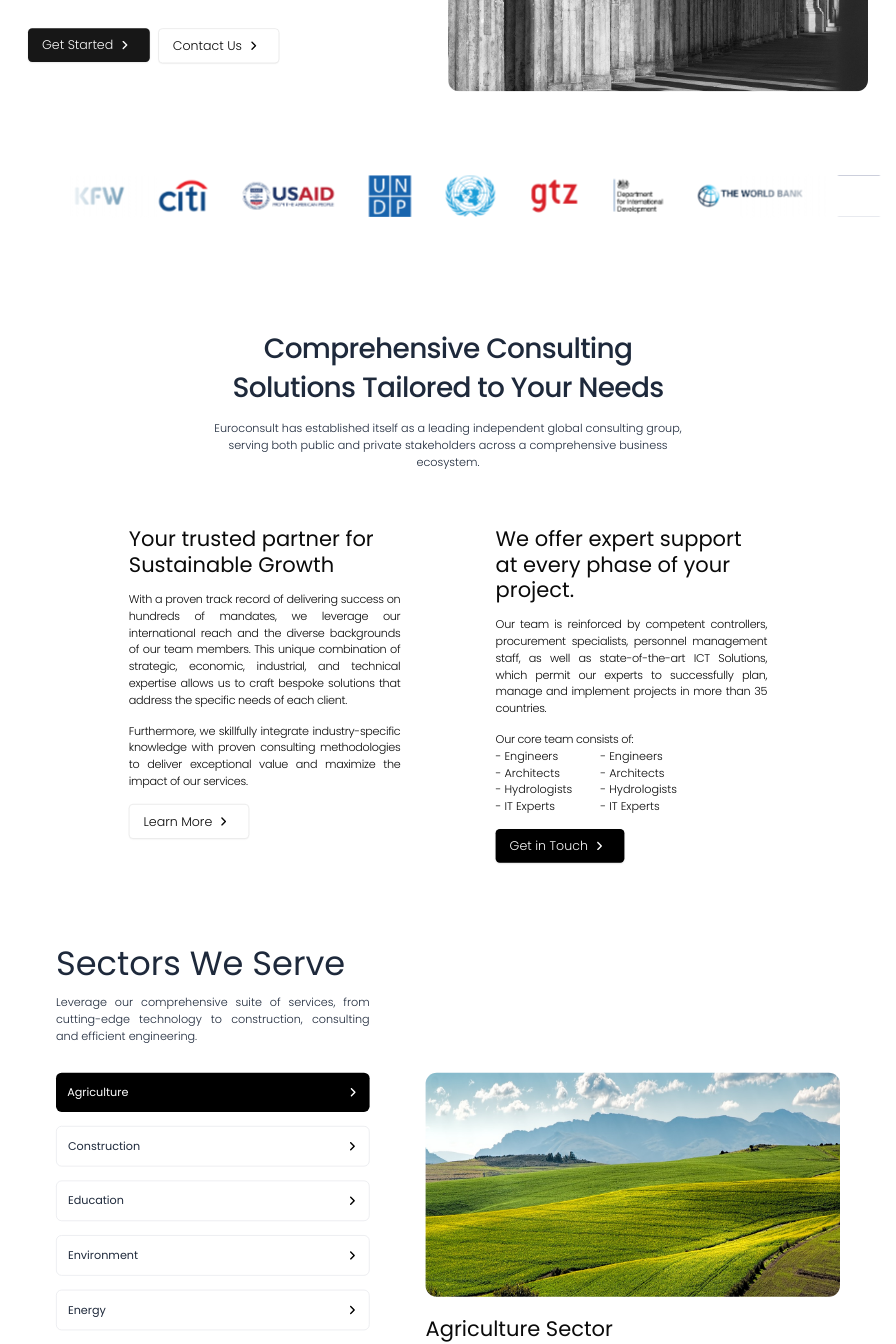
Repository: EMDC-24/ecglobalwebsite19
Page: /
These files come from the project's save history. The page is drawn as it stood at one moment and after the next save; the edit follows.
The browser window is 1280 px wide. The pictures show the part of the page from y = 479 to 2399 px (the page is 4695 px tall before and 4839 px after), at 70% of full size.
The project was rebuilt for these pictures with package versions that can differ from the ones it lists, and the page was loaded fresh each time. The framework's server and built-in components were replaced by stand-ins that run in the browser. Also part of the build but not shown: next.config.mjs.

Above is the page before, as saved 2024-09-18 12:41:40.

### app/page.tsx
import Image from "next/image";
import Hero from "./Hero";
import ClientCarousel from "./ClientCarousel";
import { ServicesTabs } from "./ServicesTabs";
import SerTabs from "./SerTabs";
import AboutSection from "./AboutSection";
import RecentProjects from "./RecentProjects";
import PraiseSection from "./PraiseSection";
import Footer from "./Footer";
import Header from "./Header";


export default function Home() {
  return (
    <>
    <Header />
    <Hero />
    <ClientCarousel />
    <AboutSection />
    <SerTabs />
    <RecentProjects />
    <PraiseSection />
    <Footer />
    </>
  );
}

### app/globals.css
@tailwind base;
@tailwind components;
@tailwind utilities;

@layer base {
  :root {
    --background: 0 0% 100%;
    --foreground: 0 0% 3.9%;
    --card: 0 0% 100%;
    --card-foreground: 0 0% 3.9%;
    --popover: 0 0% 100%;
    --popover-foreground: 0 0% 3.9%;
    --primary: 0 0% 9%;
    --primary-foreground: 0 0% 98%;
    --secondary: 0 0% 96.1%;
    --secondary-foreground: 0 0% 9%;
    --muted: 0 0% 96.1%;
    --muted-foreground: 0 0% 45.1%;
    --accent: 0 0% 96.1%;
    --accent-foreground: 0 0% 9%;
    --destructive: 0 84.2% 60.2%;
    --destructive-foreground: 0 0% 98%;
    --border: 0 0% 89.8%;
    --input: 0 0% 89.8%;
    --ring: 0 0% 3.9%;
    --chart-1: 12 76% 61%;
    --chart-2: 173 58% 39%;
    --chart-3: 197 37% 24%;
    --chart-4: 43 74% 66%;
    --chart-5: 27 87% 67%;
    --radius: 0.5rem;
  }
  .dark {
    --background: 0 0% 3.9%;
    --foreground: 0 0% 98%;
    --card: 0 0% 3.9%;
    --card-foreground: 0 0% 98%;
    --popover: 0 0% 3.9%;
    --popover-foreground: 0 0% 98%;
    --primary: 0 0% 98%;
    --primary-foreground: 0 0% 9%;
    --secondary: 0 0% 14.9%;
    --secondary-foreground: 0 0% 98%;
    --muted: 0 0% 14.9%;
    --muted-foreground: 0 0% 63.9%;
    --accent: 0 0% 14.9%;
    --accent-foreground: 0 0% 98%;
    --destructive: 0 62.8% 30.6%;
    --destructive-foreground: 0 0% 98%;
    --border: 0 0% 14.9%;
    --input: 0 0% 14.9%;
    --ring: 0 0% 83.1%;
    --chart-1: 220 70% 50%;
    --chart-2: 160 60% 45%;
    --chart-3: 30 80% 55%;
    --chart-4: 280 65% 60%;
    --chart-5: 340 75% 55%;
  }
}

@font-face {
  font-family: 'Poppins';
  src: url('/fonts/Poppins-Black.ttf') format('truetype');
  font-weight: 900;
  font-style: normal;
}

@font-face {
  font-family: 'Poppins';
  src: url('/fonts/Poppins-BlackItalic.ttf') format('truetype');
  font-weight: 900;
  font-style: italic;
}

@font-face {
  font-family: 'Poppins';
  src: url('/fonts/Poppins-Bold.ttf') format('truetype');
  font-weight: 700;
  font-style: normal;
}

@font-face {
  font-family: 'Poppins';
  src: url('/fonts/Poppins-BoldItalic.ttf') format('truetype');
  font-weight: 700;
  font-style: italic;
}

@font-face {
  font-family: 'Poppins';
  src: url('/fonts/Poppins-Regular.ttf') format('truetype');
  font-weight: 400;
  font-style: normal;
}

@font-face {
  font-family: 'Poppins';
  src: url('/fonts/Poppins-Italic.ttf') format('truetype');
  font-weight: 400;
  font-style: italic;
}

@font-face {
  font-family: 'Poppins';
  src: url('/fonts/Poppins-Light.ttf') format('truetype');
  font-weight: 300;
  font-style: normal;
}

@font-face {
  font-family: 'Poppins';
  src: url('/fonts/Poppins-LightItalic.ttf') format('truetype');
  font-weight: 300;
  font-style: italic;
}

@font-face {
  font-family: 'Poppins';
  src: url('/fonts/Poppins-Medium.ttf') format('truetype');
  font-weight: 500;
  font-style: normal;
}

@font-face {
  font-family: 'Poppins';
  src: url('/fonts/Poppins-MediumItalic.ttf') format('truetype');
  font-weight: 500;
  font-style: italic;
}

@layer base {
  * {
    @apply border-border;
  }

  body {
    @apply bg-background text-foreground;
    font-family: 'Poppins', sans-serif !important;
  }
}
.no-visible-scrollbar {
  scrollbar-width: none;
  -ms-overflow-style: none;
  -webkit-overflow-scrolling: touch;
}

.no-visible-scrollbar::-webkit-scrollbar {
  display: none;
}

### app/Hero.tsx
import { Button } from '@/components/ui/button'
import React from 'react'
import { FaAngleRight } from "react-icons/fa6";

const Hero = () => {
  return (
    <div>
        <div className="bg-white px-10 flex flex-row my-10">
        <div className="md:w-1/2 flex flex-col items-start justify-normal py-10">
        <div className="bg-gray-100 border-[1px] border-gray-200 rounded-full px-2 py-1 text-sm text-gray-800">International Consultants</div>
        <h1 className="text-5xl text-gray-800 mt-3 font-light ">Empowering Excellence through Engineering & Consulting</h1>
        <p className="text-lg text-gray-700 mt-10 leading-snug tracking-tight text-justify mr-10 font-light">Euroconsult Pakistan is a global, state-of-the-art service provider organization actively engaged in water resources and energy, agriculture, infrastructure, environment, oil and gas, mass transit, light rail, motorways, highways, institutional capacity building, financial management, rural and urban development, and management. </p>
        <div className="mt-10 flex flex-row gap-3">
        <a href="#" >
        <Button className="px-5 py-6 text-lg font-light  hover:bg-blue-600">Get Started  <FaAngleRight className="mr-2 ml-2 h-4 w-4" /></Button>
        </a>
        <a href="#" >
        <Button variant="outline" className="px-5 py-6 text-lg font-light  hover:bg-gray-200">Contact Us<FaAngleRight className="mr-2 ml-2 h-4 w-4" /></Button>
        </a>
        </div>
        </div>
        <div className="md:w-1/2 flex flex-col gap-3">
        <div className="w-full h-[60%] rounded-2xl bg-cover bg-center" style={{ backgroundImage: `url('/assets/heroimage.jpg')` }}> </div>
        <div className="w-full h-[40%] rounded-2xl bg-cover bg-center" style={{ backgroundImage: `url('/assets/hero2.jpg')` }}> </div>
        </div>
        </div>
    </div>
  )
}

export default Hero

### app/ClientCarousel.tsx
import React from 'react';
import Marquee from 'react-fast-marquee';
import Image from 'next/image';

const ClientCarousel = () => {
  const logoSize = { height: 40 };
  const logoStyle = { margin: '0 25px' };

  const logos = [
    <Image src="/assets/adblogo.png" alt="" width={60} key="br" {...logoSize} />,
    <Image src="/assets/uniceflogo.png" alt="" width={130} key="br" {...logoSize} />,
    <Image src="/assets/ciscologo.png" alt="" width={70} key="br" {...logoSize} />,
    <Image src="/assets/kfwlogo.png" alt="" width={70} key="br" {...logoSize} />,
    <Image src="/assets/citilogo.png" alt="" width={70} key="br" {...logoSize} />,
    <Image src="/assets/usaidlogo.png" alt="" width={130} key="br" {...logoSize} />,
    <Image src="/assets/undplogo.png" alt="" width={60} key="br" {...logoSize} />,
    <Image src="/assets/unlogo.png" alt="" width={70} key="br" {...logoSize} />,
    <Image src="/assets/gtzlogo.png" alt="" width={70} key="br" {...logoSize} />,
    <Image src="/assets/dfidlogo.png" alt="" width={70} key="br" {...logoSize} />,
    <Image src="/assets/wblogo.png" alt="" width={150} key="br" {...logoSize} />,
  ];

  return (
    <div className="py-20 my-10">

      <div className="relative z-10">
        {/* Left gradient */}
      <div className="absolute left-0 top-0 bottom-0 w-1/4 bg-gradient-to-r from-white to-transparent via-transparent z-20 pointer-events-none"
           style={{ backgroundImage: 'linear-gradient(to right, white 30%, transparent 70%)' }}>
      </div>

      {/* Right gradient */}
      <div className="absolute right-0 top-0 bottom-0 w-1/4 bg-gradient-to-l from-white to-transparent via-transparent z-20 pointer-events-none"
           style={{ backgroundImage: 'linear-gradient(to left, white 30%, transparent 70%)' }}>
      </div>
    <div className="overflow-hidden ">
      <Marquee gradient={false} pauseOnHover={false} speed={50}>
        {logos.map((logo, index) => (
          <div key={index} style={logoStyle}>
            {logo}
          </div>
        ))}
        {logos.map((logo, index) => (
          <div key={`repeat-${index}`} style={logoStyle}>
            {logo}
          </div>
        ))}
        {logos.map((logo, index) => (
          <div key={`repeat2-${index}`} style={logoStyle}>
            {logo}
          </div>
        ))}
      </Marquee>
    </div>
    </div>

    </div>
  );
};

export default ClientCarousel;

### app/AboutSection.tsx
import { Button } from '@/components/ui/button'
import React from 'react'
import { FaAngleRight } from "react-icons/fa6";
const AboutSection = () => {
  return (
    <div className="px-10 flex flex-col items-center justify-center">
        <div className="my-10 gap-5 flex flex-col">
            <h3 className="text-[40px] tracking-tight leading-snug font-medium text-slate-800 px-64 text-center">Comprehensive Consulting Solutions Tailored to Your Needs</h3>
            <p className="px-64 text-center font-light text-slate-800">Euroconsult has established itself as a leading independent global consulting group, serving both public and private stakeholders across a comprehensive business ecosystem. </p>
        </div>
        <div className="flex flex-row gap-10 px-24 mt-10">
            <div className="w-1/2 flex gap-5 flex-col px-12">
                <h3 className="text-3xl">Your trusted partner for Sustainable Growth</h3>
                <p className="tracking-tight font-light text-justify">With a proven track record of delivering success on hundreds of mandates, we leverage our international reach and the diverse backgrounds of our team members. This unique combination of strategic, economic, industrial, and technical expertise allows us to craft bespoke solutions that address the specific needs of each client. </p>
                <p className="tracking-tight font-light text-justify">Furthermore, we skillfully integrate industry-specific knowledge with proven consulting methodologies to deliver exceptional value and maximize the impact of our services.</p>
                <a href="/about" >
            <Button variant="outline" className="px-5 py-6 text-lg font-light  hover:bg-gray-200">Learn More<FaAngleRight className="mr-2 ml-2 h-4 w-4" /></Button>
            </a>
            </div>
            <div className="w-1/2 flex gap-5 flex-col px-12">
                <h3 className="text-3xl">We offer expert support at every phase of your project.</h3>
                <p className="tracking-tight font-light text-justify">Our team is reinforced by competent controllers, procurement specialists, personnel management staff, as well as state-of-the-art ICT Solutions, which permit our experts to successfully plan, manage and implement projects in more than 35 countries.</p>
                <div><p className="tracking-tight font-light text-justify">Our core team consists of:</p>
                <div className="flex flex-row gap-10"><ul className="font-light "><li> - Engineers</li><li> - Architects</li><li> - Hydrologists</li><li> - IT Experts</li><li></li></ul><ul className="font-light "><li> - Engineers</li><li> - Architects</li><li> - Hydrologists</li><li> - IT Experts</li><li></li></ul></div></div>
                <a href="/contact" >
            <Button  className="px-5 py-6 text-lg font-light bg-black  hover:bg-blue-600">Get in Touch<FaAngleRight className="mr-2 ml-2 h-4 w-4" /></Button>
            </a>
            </div>
        </div>
    </div>
  )
}

export default AboutSection

### app/PraiseSection.tsx

import { Button } from '@/components/ui/button'
import React from 'react'
import { FaAngleRight } from "react-icons/fa6";

const PraiseSection = () => {
  return (
    <div className="mx-20 flex flex-row gap-10 my-20 items-center justify-center">
    <div className="w-2/3 flex flex-col gap-3 mr-36">
        <h3 className="text-3xl font-medium text-slate-800">Proving Excellence through Engineering & Consulting</h3>
        <p className="font-light text-slate-800 text-justify">Euroconsult is one of the leading consulting firms in Pakistan having international operations. It houses highly qualified and experienced professionals with state of the art organisational setup and provides services in Engineering, Construction, Financial, Water, and Socio-economic Sector.</p>
        <div className="w-auto mt-3"><a href="/contact"><Button className="px-5 py-6 text-lg font-light  hover:bg-blue-600" >Get in Touch  <FaAngleRight className="mr-2 ml-2 h-4 w-4" /></Button></a></div>
    </div>
    <div className="w-1/3 flex flex-col gap-10 items-start">
    <div className="flex flex-row gap-20 items-start justify-center">
        <div>
        <h3 className="text-5xl font-medium text-slate-800">250+</h3>
        <p className="font-light text-slate-800">Projects Completed</p>
        </div>
        <div>
        <h3 className="text-5xl font-medium text-slate-800">230</h3>
        <p className="font-light text-slate-800">Employees</p>
        </div>
    </div>
    <div className="flex flex-row gap-20 items-start justify-center">
        <div>
        <h3 className="text-5xl font-medium text-slate-800">24+</h3>
        <p className="font-light text-slate-800">Years of Experience</p>
        </div>
        <div>
        <h3 className="text-5xl font-medium text-slate-800">56+</h3>
        <p className="font-light text-slate-800">Satisfied Clients</p>
        </div>
    </div>

    </div>
    </div>
  )
}

export default PraiseSection

### app/Footer.tsx
import { Separator } from '@/components/ui/separator'
import React from 'react'
import Image from 'next/image'

const Footer = () => {
  return (
    <div className="mx-10 flex flex-col gap-3 mt-40">
        <Separator />
        <div className="flex flex-col md:flex-row my-5">
            <div className="w-1/2">
                <h5 className="text-3xl font-medium text-slate-800 mx-10">Empowering Excellence in Workforce Development & Strategic Consulting, Your Partner for Success</h5>
            </div>
            <div className="w-1/2 flex flex-row gap-0">
                <div className="w-1/3 flex flex-col gap-2 ">
                <p className="text-slate-800 ">Navigation</p>
                <a href="/" className="text-slate-800 font-light">Home</a>
                <a href="/" className="text-slate-800 font-light">About</a>
                <a href="/" className="text-slate-800 font-light">Sectors</a>
                <a href="/" className="text-slate-800 font-light">Recent Projects</a>
                <a href="/" className="text-slate-800 font-light">Contact</a>
                </div>
                <div className="w-2/3 flex flex-row gap-0 ">
                <div className="w-1/2 flex flex-col gap-2">
                <p className="text-slate-800 ">Sectors</p>
                <a href="/" className="text-slate-800 font-light">Agriculture</a>
                <a href="/" className="text-slate-800 font-light">Construction</a>
                <a href="/" className="text-slate-800 font-light">Education</a>
                <a href="/" className="text-slate-800 font-light">Environment</a>
                <a href="/" className="text-slate-800 font-light">Energy</a>
                <a href="/" className="text-slate-800 font-light">Hydropower</a>
                </div>
                <div className="w-1/2 flex flex-col gap-2">
                <p className="text-slate-800 "><br></br></p>
                <a href="/" className="text-slate-800 font-light">Management Consulting</a>
                <a href="/" className="text-slate-800 font-light">Roads & Bridges</a>
                <a href="/" className="text-slate-800 font-light">Oil & Gas</a>
                <a href="/" className="text-slate-800 font-light">Public Health</a>
                <a href="/" className="text-slate-800 font-light">Solid Waste Management</a>
                </div>
                </div>


            </div>

        </div>
        <Separator />
        <div className="flex flex-col md:flex-row items-center">
            <div className="w-2/3 px-10"><Image src="/assets/ecpaklogo.png" width={200} height={1} alt="" /></div>
            <div className="w-1/3 flex flex-row gap-5">
            <p>Terms of Use</p>
            <p>Privacy Policy</p>
            <p>Cookie Settings</p>
            </div>
        </div>
        <Separator />
        <div className="mx-10 mb-3 flex flex-row items-center justify-between">
            <p className="text-sm font-light text-slate-800">©2024 Euroconsult Private Limited. </p>
            <p className="text-sm font-light text-slate-800">All rights reserved. </p>
        </div>
    </div>
  )
}

export default Footer

### app/Header.tsx
import React from 'react'

const Header = () => {
  return (
    <div className="mx-10">Header</div>
  )
}

export default Header

### components/ui/button.tsx
import * as React from "react"
import { Slot } from "@radix-ui/react-slot"
import { cva, type VariantProps } from "class-variance-authority"

import { cn } from "@/lib/utils"

const buttonVariants = cva(
  "inline-flex items-center justify-center whitespace-nowrap rounded-md text-sm font-medium transition-colors focus-visible:outline-none focus-visible:ring-1 focus-visible:ring-ring disabled:pointer-events-none disabled:opacity-50",
  {
    variants: {
      variant: {
        default:
          "bg-primary text-primary-foreground shadow hover:bg-primary/90",
        destructive:
          "bg-destructive text-destructive-foreground shadow-sm hover:bg-destructive/90",
        outline:
          "border border-input bg-background shadow-sm hover:bg-accent hover:text-accent-foreground",
        secondary:
          "bg-secondary text-secondary-foreground shadow-sm hover:bg-secondary/80",
        ghost: "hover:bg-accent hover:text-accent-foreground",
        link: "text-primary underline-offset-4 hover:underline",
      },
      size: {
        default: "h-9 px-4 py-2",
        sm: "h-8 rounded-md px-3 text-xs",
        lg: "h-10 rounded-md px-8",
        icon: "h-9 w-9",
      },
    },
    defaultVariants: {
      variant: "default",
      size: "default",
    },
  }
)

export interface ButtonProps
  extends React.ButtonHTMLAttributes<HTMLButtonElement>,
    VariantProps<typeof buttonVariants> {
  asChild?: boolean
}

const Button = React.forwardRef<HTMLButtonElement, ButtonProps>(
  ({ className, variant, size, asChild = false, ...props }, ref) => {
    const Comp = asChild ? Slot : "button"
    return (
      <Comp
        className={cn(buttonVariants({ variant, size, className }))}
        ref={ref}
        {...props}
      />
    )
  }
)
Button.displayName = "Button"

export { Button, buttonVariants }

### components/ui/separator.tsx
"use client"

import * as React from "react"
import * as SeparatorPrimitive from "@radix-ui/react-separator"

import { cn } from "@/lib/utils"

const Separator = React.forwardRef<
  React.ElementRef<typeof SeparatorPrimitive.Root>,
  React.ComponentPropsWithoutRef<typeof SeparatorPrimitive.Root>
>(
  (
    { className, orientation = "horizontal", decorative = true, ...props },
    ref
  ) => (
    <SeparatorPrimitive.Root
      ref={ref}
      decorative={decorative}
      orientation={orientation}
      className={cn(
        "shrink-0 bg-border",
        orientation === "horizontal" ? "h-[1px] w-full" : "h-full w-[1px]",
        className
      )}
      {...props}
    />
  )
)
Separator.displayName = SeparatorPrimitive.Root.displayName

export { Separator }

### tailwind.config.ts
import type { Config } from "tailwindcss";

const config: Config = {
  darkMode: ["class"],
  content: [
    "./pages/**/*.{js,ts,jsx,tsx,mdx}",
    "./components/**/*.{js,ts,jsx,tsx,mdx}",
    "./app/**/*.{js,ts,jsx,tsx,mdx}",
  ],
  theme: {
    extend: {
      fontFamily: {
        sans: ['Poppins', 'sans-serif'], // Set Poppins as default sans font
      },
      backgroundImage: {
        'gradient-radial': 'radial-gradient(var(--tw-gradient-stops))',
        'gradient-conic': 'conic-gradient(from 180deg at 50% 50%, var(--tw-gradient-stops))',
      },
      borderRadius: {
        lg: 'var(--radius)',
        md: 'calc(var(--radius) - 2px)',
        sm: 'calc(var(--radius) - 4px)',
      },
      colors: {
        background: 'hsl(var(--background))',
        foreground: 'hsl(var(--foreground))',
        card: {
          DEFAULT: 'hsl(var(--card))',
          foreground: 'hsl(var(--card-foreground))',
        },
        popover: {
          DEFAULT: 'hsl(var(--popover))',
          foreground: 'hsl(var(--popover-foreground))',
        },
        primary: {
          DEFAULT: 'hsl(var(--primary))',
          foreground: 'hsl(var(--primary-foreground))',
        },
        secondary: {
          DEFAULT: 'hsl(var(--secondary))',
          foreground: 'hsl(var(--secondary-foreground))',
        },
        muted: {
          DEFAULT: 'hsl(var(--muted))',
          foreground: 'hsl(var(--muted-foreground))',
        },
        accent: {
          DEFAULT: 'hsl(var(--accent))',
          foreground: 'hsl(var(--accent-foreground))',
        },
        destructive: {
          DEFAULT: 'hsl(var(--destructive))',
          foreground: 'hsl(var(--destructive-foreground))',
        },
        border: 'hsl(var(--border))',
        input: 'hsl(var(--input))',
        ring: 'hsl(var(--ring))',
        chart: {
          '1': 'hsl(var(--chart-1))',
          '2': 'hsl(var(--chart-2))',
          '3': 'hsl(var(--chart-3))',
          '4': 'hsl(var(--chart-4))',
          '5': 'hsl(var(--chart-5))',
        },
      },
    },
  },
  plugins: [require("tailwindcss-animate")],
};

export default config;

Loaded but not shown: app/layout.tsx (common file); lib/utils.ts (common file); app/SerTabs.tsx (181 lines, source omitted); app/RecentProjects.tsx (43 lines, source omitted)

After the next save:
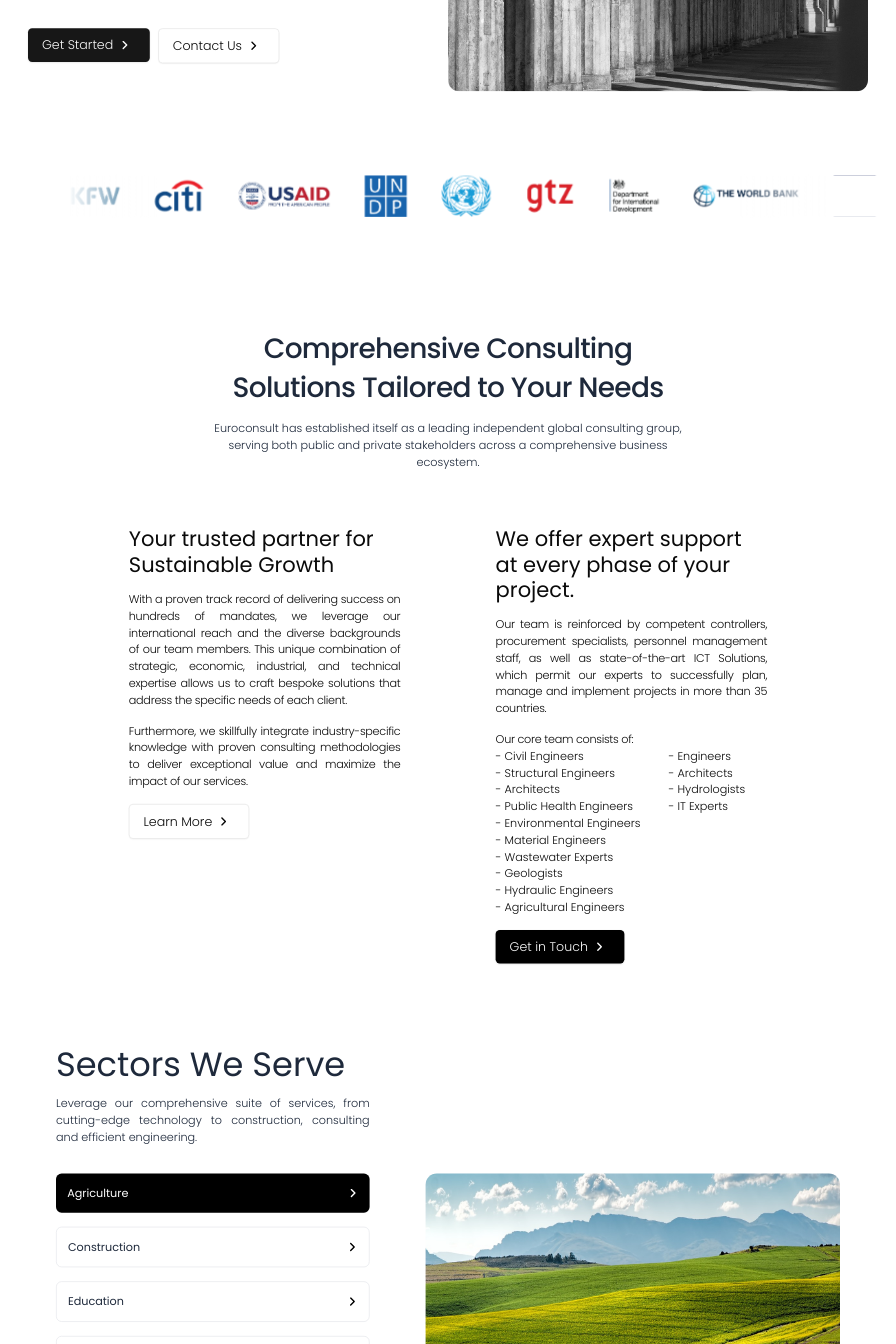
Saved 3 min 9 s later.
--- a/app/AboutSection.tsx
+++ b/app/AboutSection.tsx
@@ -21,7 +21,7 @@
                 <h3 className="text-3xl">We offer expert support at every phase of your project.</h3>
                 <p className="tracking-tight font-light text-justify">Our team is reinforced by competent controllers, procurement specialists, personnel management staff, as well as state-of-the-art ICT Solutions, which permit our experts to successfully plan, manage and implement projects in more than 35 countries.</p>
                 <div><p className="tracking-tight font-light text-justify">Our core team consists of:</p>
-                <div className="flex flex-row gap-10"><ul className="font-light "><li> - Engineers</li><li> - Architects</li><li> - Hydrologists</li><li> - IT Experts</li><li></li></ul><ul className="font-light "><li> - Engineers</li><li> - Architects</li><li> - Hydrologists</li><li> - IT Experts</li><li></li></ul></div></div>
+                <div className="flex flex-row gap-10"><ul className="font-light "><li> - Civil Engineers</li><li> - Structural Engineers</li><li> - Architects</li><li> - Public Health Engineers</li><li> - Environmental Engineers</li><li> - Material Engineers</li><li> - Wastewater Experts</li><li> - Geologists</li><li> - Hydraulic Engineers</li><li> - Agricultural Engineers</li></ul><ul className="font-light "><li> - Engineers</li><li> - Architects</li><li> - Hydrologists</li><li> - IT Experts</li><li></li></ul></div></div>
                 <a href="/contact" >
             <Button  className="px-5 py-6 text-lg font-light bg-black  hover:bg-blue-600">Get in Touch<FaAngleRight className="mr-2 ml-2 h-4 w-4" /></Button>
             </a>
